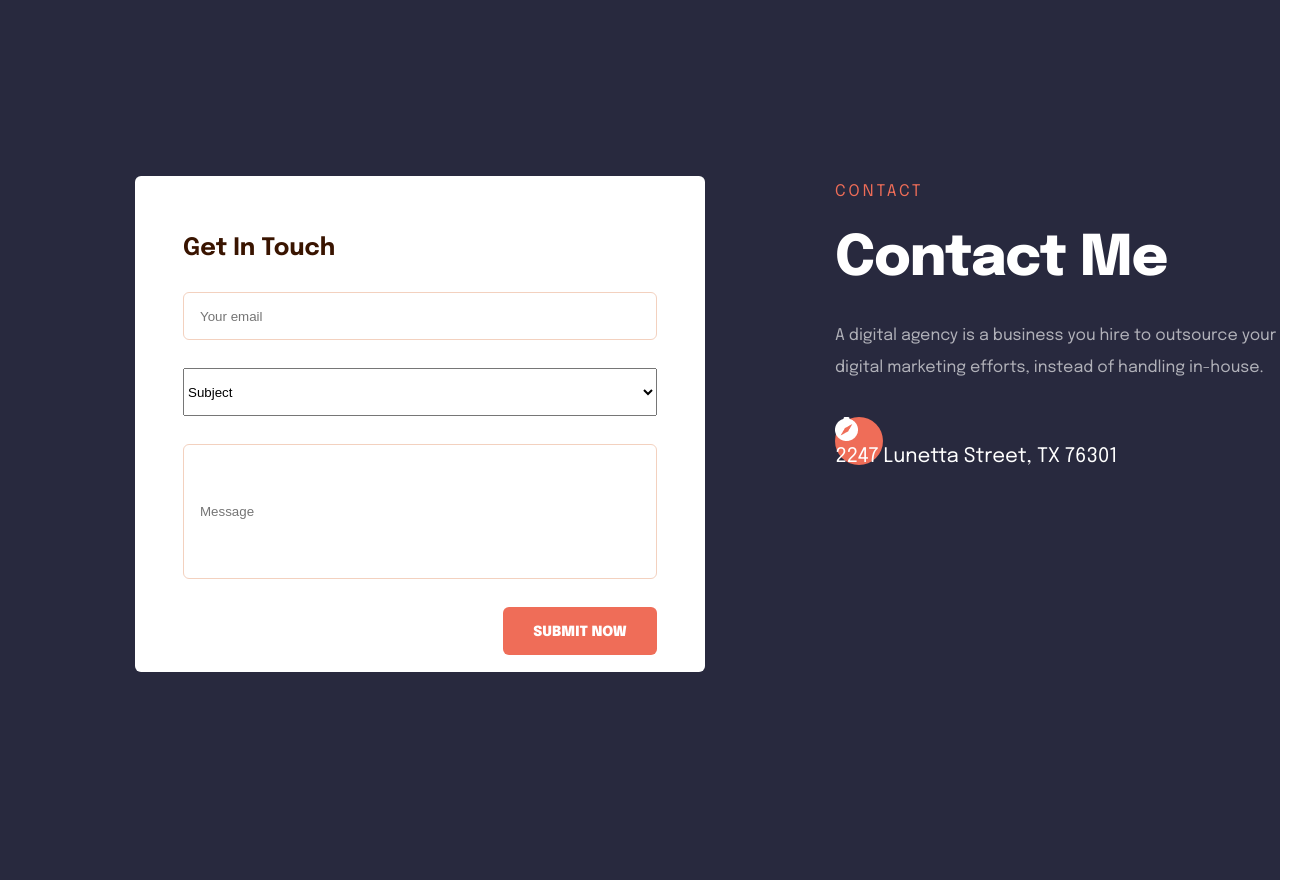
Repository: simralgasimov/contact-me
Page: index.html
The author's editor kept a copy of each file at every save. The page is drawn from the files as they stood at one save, then again after a run of saves.
The browser window is 1280 px wide. The page is 1305 px wide, then 1280 px, so the pictures cover 1305 px, including what lies to the right of the window. The pictures show the whole page.

Above is the page before, as saved 2023-10-04 13:22:33.

### index.html
<!DOCTYPE html>
<html lang="en">
  <head>
    <meta charset="UTF-8" />
    <meta name="viewport" content="width=device-width, initial-scale=1.0" />
    <title>Document</title>
    <link rel="stylesheet" href="./index.css" />
  </head>
  <body>
    <div class="container">
      <div class="form">
        <form action="">
          <p>Get In Touch</p>
          <label for="">
            <input type="email" placeholder="Your email" />
          </label>

          <label for="subject">
            <select name="" id="subject">
              <option value="subject">Subject</option>
              <option value="subject">Subject</option>
              <option value="subject">Subject</option>
            </select>
          </label>

          <label for="">
            <input type="textarea" name="" id="" placeholder="Message" />
          </label>
          <button><a href="">Submit Now</a></button>
        </form>
      </div>

      <div class="contact-me">
        <h1>Contact</h1>
        <h2>Contact Me</h2>
        <p>
          A digital agency is a business you hire to outsource your digital
          marketing efforts, instead of handling in-house.
        </p>
        <div class="cirycle">
          <img src="./img/Shape.png" alt="" />
          <p>2247 Lunetta Street, TX 76301</p>
        </div>
      </div>
    </div>
  </body>
</html>

### index.css
@import url("https://fonts.googleapis.com/css2?family=Epilogue:wght@400;700;800;900&display=swap");
* {
  margin: 0;
  padding: 0;
  box-sizing: border-box;
}

.container {
  padding: 176px 135px 208px 135px;
  background: #28293e;
  display: flex;
  /* justify-content: space-between; */
}

.container p {
  margin-bottom: 27px;
  color: var(--Text_Dark, #391400);
  font-feature-settings: "clig" off, "liga" off;

  font-family: Epilogue;
  font-size: 24px;
  font-style: normal;
  font-weight: 700;
  line-height: 32px;
}

.container .form {
  width: 570px;
  height: 496px;
  margin-right: 130px;
  border-radius: 6px;
  background: #fff;
}

.container input {
  padding: 16px;
  border-radius: 6px;
  border: 1px solid #f3d1bf;
  background: #fff;
}

.container .form label {
  display: block;
  margin-bottom: 28px;
}
.container .form form {
  padding: 57px 48px 48px 48px;
}

.container .form form [type="email"] {
  width: 474px;
  height: 48px;
}

.container .form form [id="subject"] {
  width: 474px;
  height: 48px;
}

.container .form form [type="textarea"] {
  width: 474px;
  height: 135px;
}

.container .form button {
  width: 154px;
  height: 48px;
  border-radius: 6px;
  background: #ef6d58;
  border: none;
  float: right;
}

.container .form button a {
  text-decoration: none;
  color: #fff;
  text-align: center;
  font-family: Epilogue;
  font-size: 14px;
  font-style: normal;
  font-weight: 900;
  line-height: normal;
  text-transform: uppercase;
}

.container .contact-me h1 {
  margin-bottom: 20px;
  width: 86px;
  color: var(--Text_Light_Accent, #ef6d58);
  font-feature-settings: "clig" off, "liga" off;
  font-family: Epilogue;
  font-size: 16px;
  font-style: normal;
  font-weight: 400;
  line-height: 32px;
  letter-spacing: 3px;
  text-transform: uppercase;
}

.container .contact-me h2 {
  margin-bottom: 28px;
  width: 334px;
  color: var(--Text_Light, #fff);
  font-feature-settings: "clig" off, "liga" off;
  font-family: Epilogue;
  font-size: 56px;
  font-style: normal;
  font-weight: 800;
  line-height: 64px;
  letter-spacing: -1px;
}

.container .contact-me p {
  margin-bottom: 33px;
  width: 470px;
  color: var(--Text_Light_Gray, rgba(255, 255, 255, 0.64));
  font-feature-settings: "clig" off, "liga" off;

  font-family: Epilogue;
  font-size: 16px;
  font-style: normal;
  font-weight: 400;
  line-height: 32px;
}

.container .contact-me .cirycle {
  /* position: relative; */
  width: 48px;
  height: 48px;
  background-color: #ef6d58;
  border-radius: 50%;
}

.container .contact-me .cirycle img {
  /* position: absolute; */
  /* margin: 13px; */

  display: flex;
  justify-content: center;
  align-content: center;
}

.container .contact-me .cirycle p {
  display: flex;
  justify-content: center;
  align-items: center;
  align-content: center;
  /* margin-left: 90px; */
  width: 283px;
  color: var(--Text_Light, #fff);
  font-feature-settings: "clig" off, "liga" off;

  font-family: Epilogue;
  font-size: 20px;
  font-style: normal;
  font-weight: 400;
  line-height: 32px;
}

After the next 2 saves:
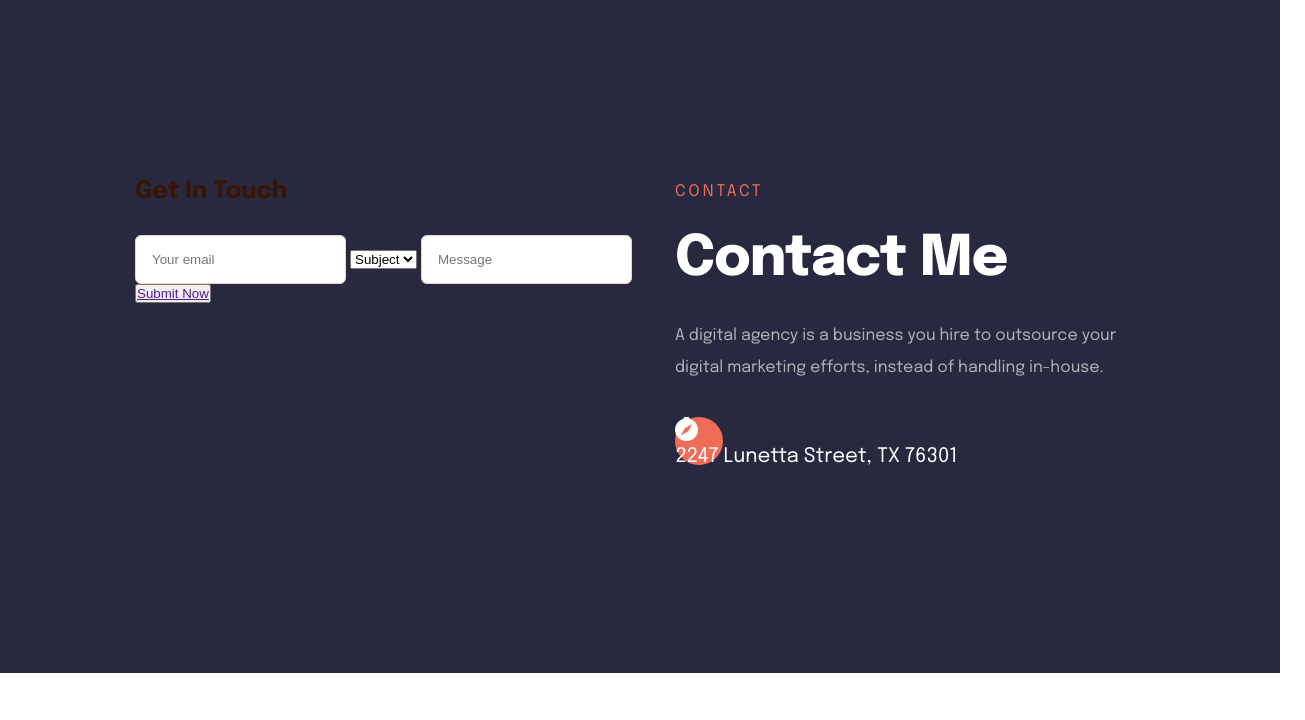
The 2 saves are shown as one change because they came seconds apart.
The last was saved 14 s later.
--- a/index.html
+++ b/index.html
@@ -8,7 +8,6 @@
   </head>
   <body>
     <div class="container">
-      <div class="form">
         <form action="">
           <p>Get In Touch</p>
           <label for="">
@@ -28,7 +27,7 @@
           </label>
           <button><a href="">Submit Now</a></button>
         </form>
-      </div>
+
 
       <div class="contact-me">
         <h1>Contact</h1>
